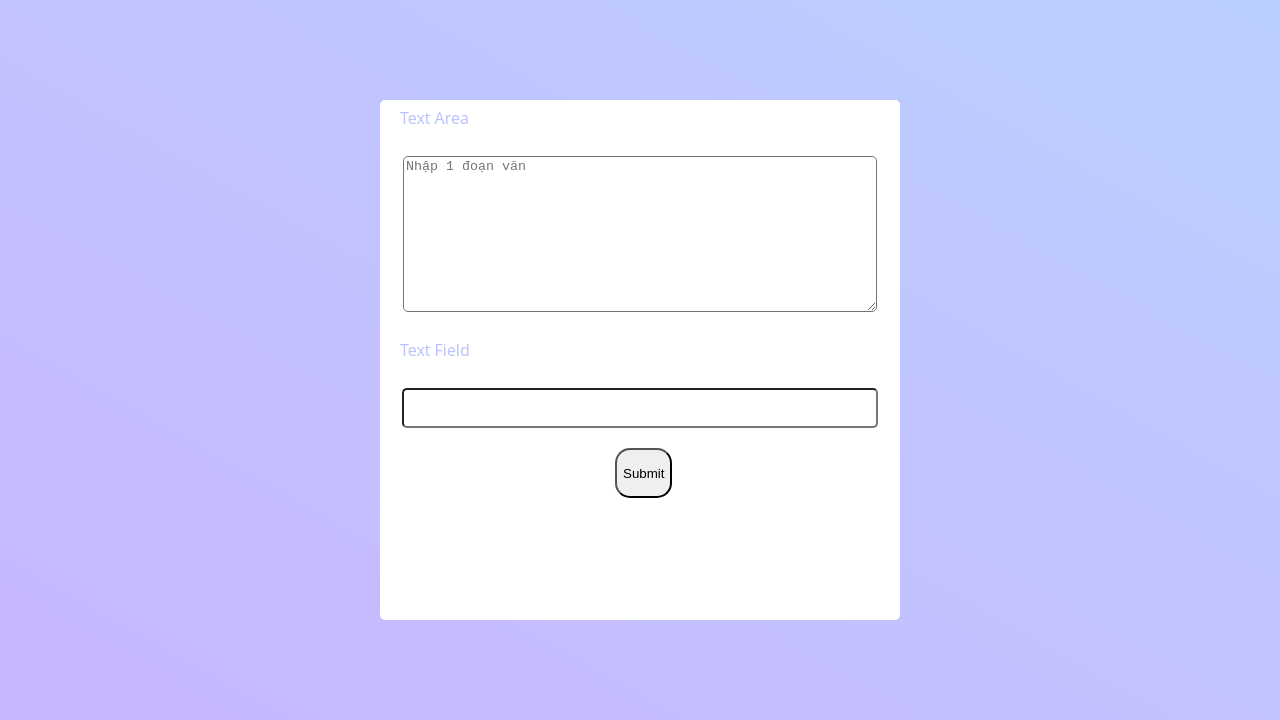
Repository: letrongtinh27/LapTrinhWeb
Page: Lab4.4/index.html
These files come from the project's save history. The page is drawn as it stood at one moment and after the next save; the edit follows.
The browser window is 1280 px wide. The pictures show the whole page.

Above is the page before, as saved 2022-10-14 19:57:59.

After the next save:
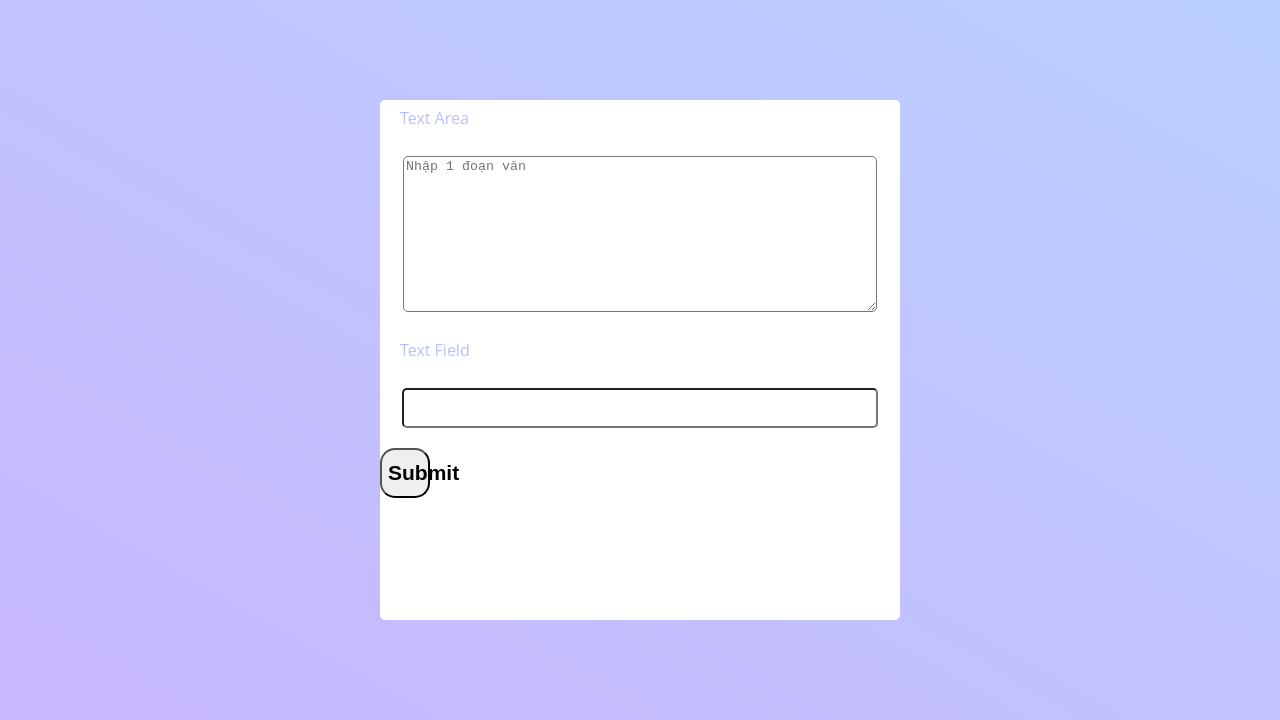
Saved 12 s later.
--- a/Lab4.4/style.css
+++ b/Lab4.4/style.css
@@ -33,16 +33,16 @@ body {
 .btn-input{
     display: flex;
     margin: 0 auto;
-    font-size: 21px;
-    width: 50px;
-    height: 50px;
-    font-weight: 800;
 
 }
 
 #btn {
     border-radius: 15px;
     cursor: pointer;
+    font-size: 21px;
+    width: 50px;
+    height: 50px;
+    font-weight: 800;
 }
 
 #btn:hover {
